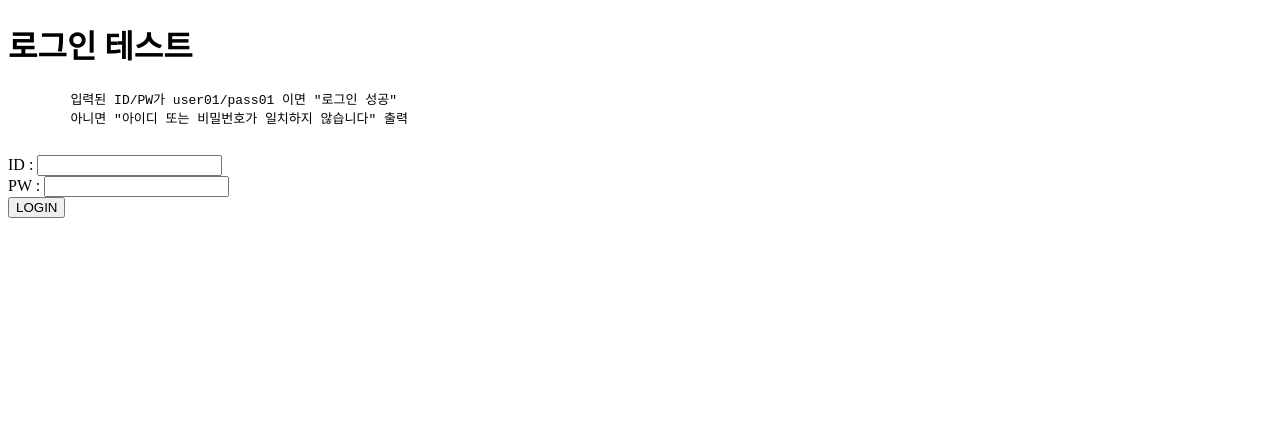
Repository: ahnjaeyoun/6_Server
Page: JSPProject1/src/main/webapp/index.html
These files come from the project's save history. The page is drawn as it stood at one moment and after the next save; the edit follows.
The browser window is 1280 px wide. The pictures show the whole page.

Above is the page before, as saved 2023-09-18 01:16:24.

After the next save:
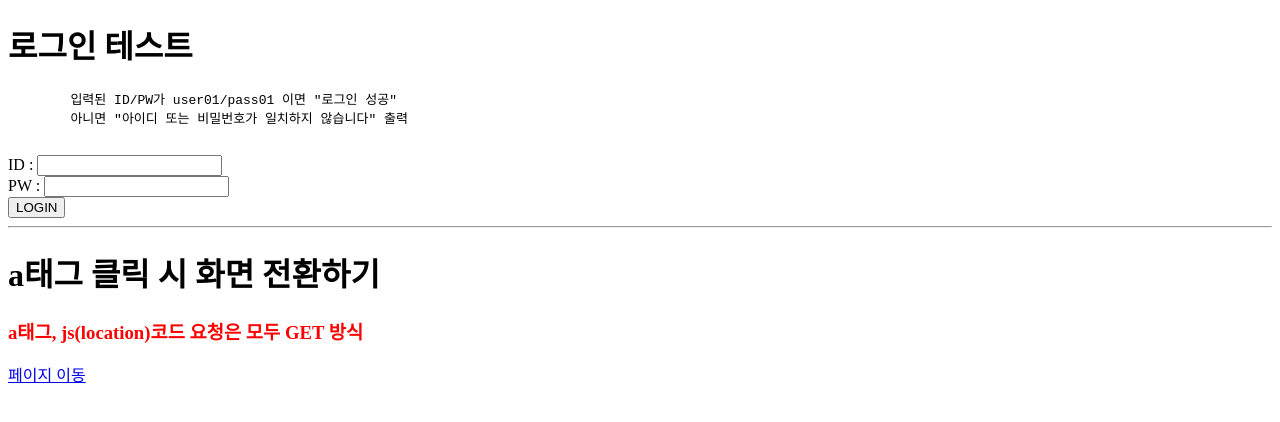
Saved 23 min 54 s later.
--- a/JSPProject1/src/main/webapp/index.html
+++ b/JSPProject1/src/main/webapp/index.html
@@ -18,5 +18,13 @@
         PW : <input type="password" name="pw"> <br>
         <button>LOGIN</button>
     </form>
+
+    <hr>
+
+    <h1>a태그 클릭 시 화면 전환하기</h1>
+
+    <h3 style="color: red;">a태그, js(location)코드 요청은 모두 GET 방식</h3>
+
+    <a href="/test/result">페이지 이동</a>
 </body>
 </html>
